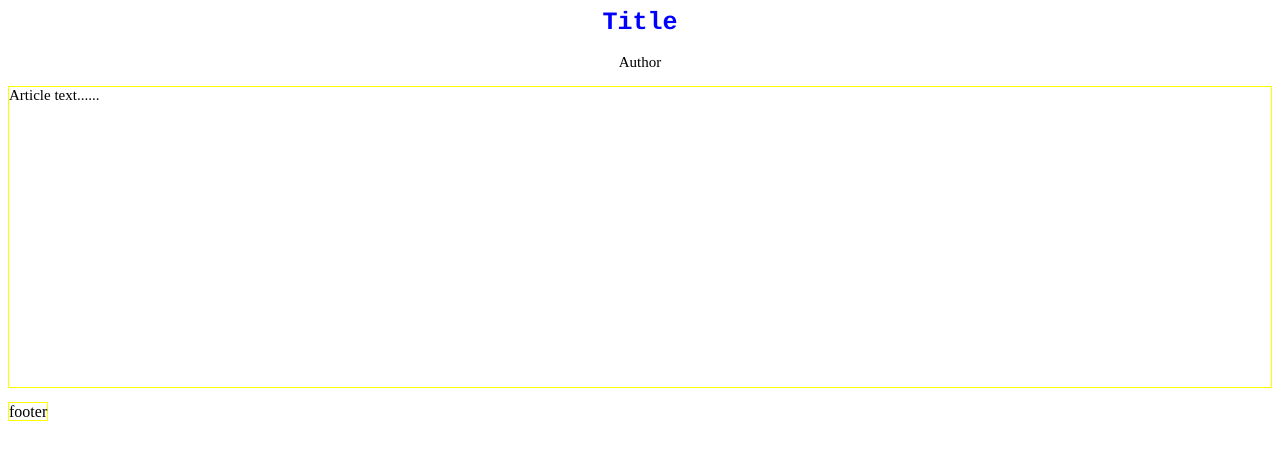
Repository: shahdhavalin/product-school
Page: index.html
The author's editor kept a record of every edit. The page is drawn from the files as they stood at one moment, then again after the next edit.
The browser window is 1280 px wide. The pictures show the whole page.

Above is the page before.

After the next edit:
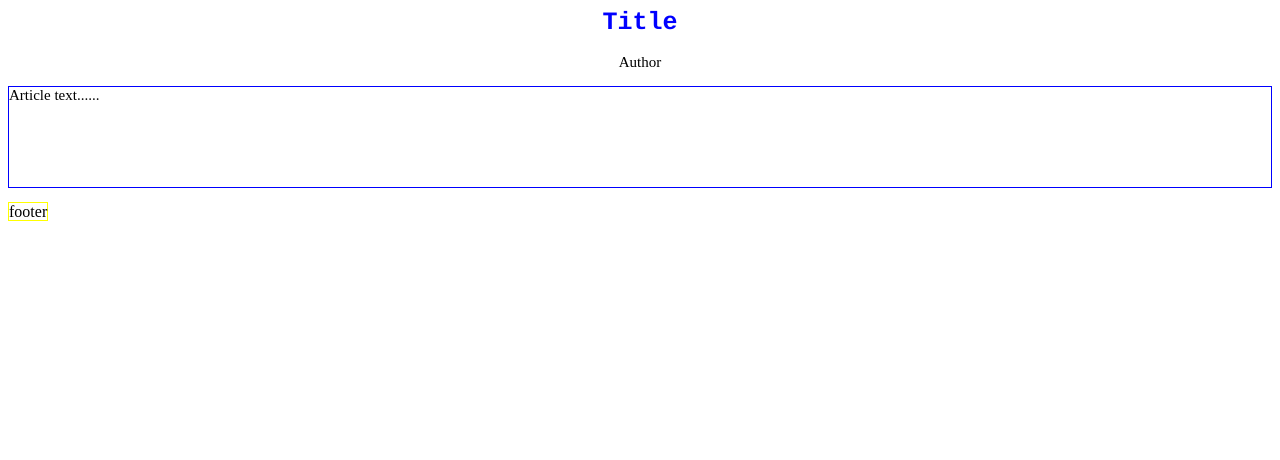
The edit:
--- a/index.html
+++ b/index.html
@@ -10,9 +10,8 @@
                 font-size: 15
             }
             .article{
-                border: 1px solid yellow;
-                border-width: 1px;
-                height: 300px;
+                border: 1px solid blue;;
+                height: 100px;
             }
             .footer{
                 border: 1px solid yellow;
